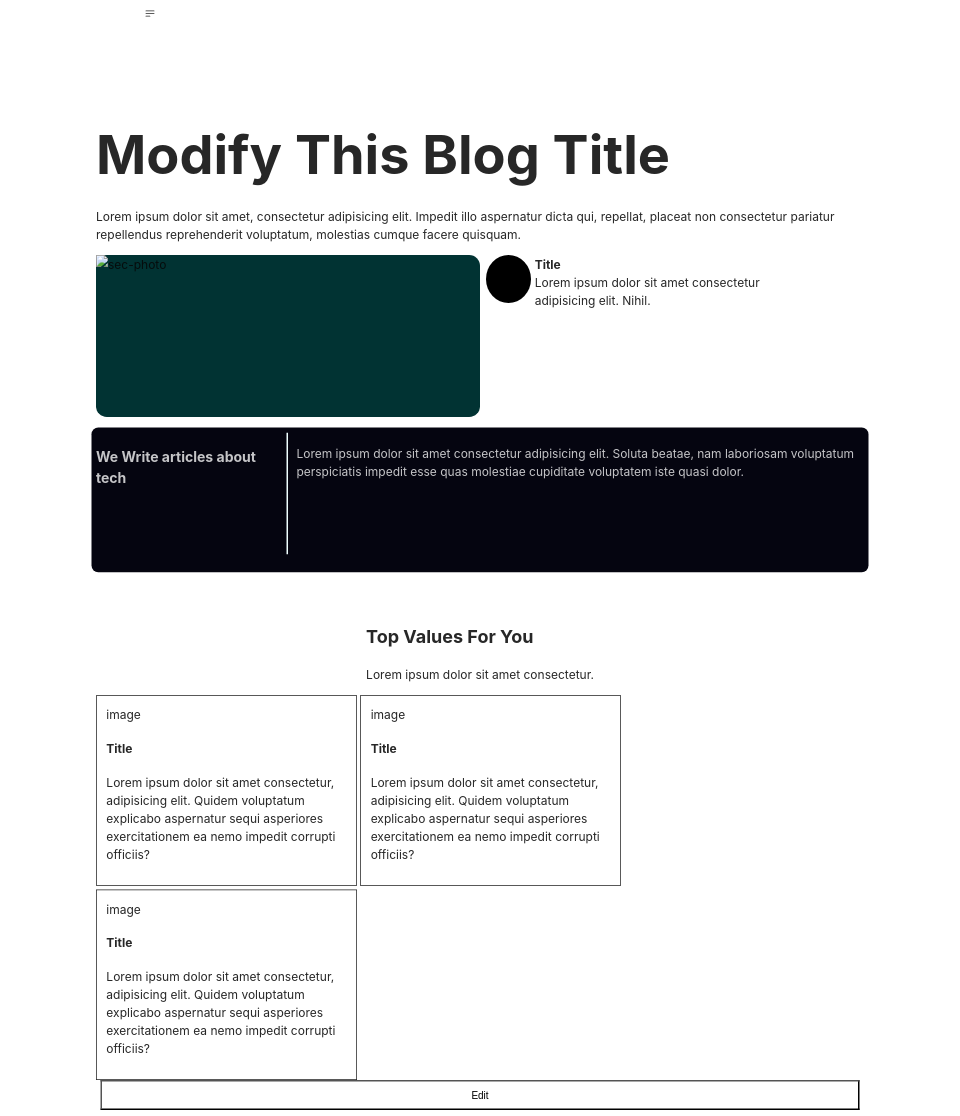
Repository: ValGrace/-static-site
Page: /home (app in client/)
These files come from the project's save history. The page is drawn as it stood at one moment and after the next save; the edit follows.
The browser window is 1280 px wide. The pictures show the whole page, at 75% of full size.
The project was rebuilt for these pictures with package versions that can differ from the ones it lists, and the page was loaded fresh each time. Also part of the build but not shown: client/vite.config.js, client/src/Utils/appwrite.js, client/src/Components/Login.jsx, client/src/Components/Signup.jsx, client/src/Components/InfoPage.css, client/src/Pages/aboutPage.jsx, client/src/Pages/Articles.jsx.

Above is the page before, as saved 2023-02-12 16:17:42.

After the next save:
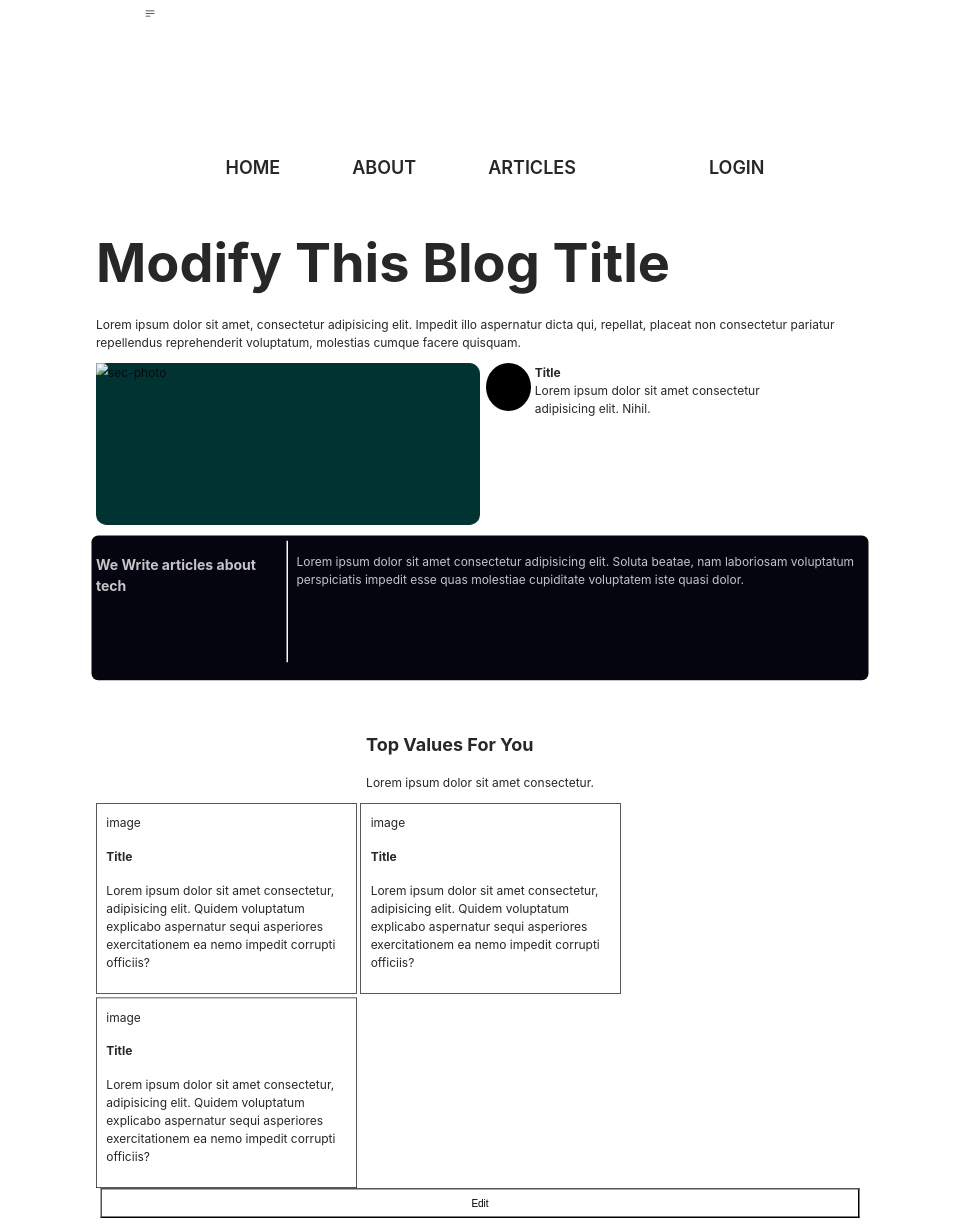
Saved 76 s later.
--- a/client/src/Components/Navbar.jsx
+++ b/client/src/Components/Navbar.jsx
@@ -25,6 +25,22 @@ const Navbar = () => {
         </div>
 
 </nav>
+<nav>
+
+
+            <ul>
+                <li>home</li>
+                <li>about</li>
+                <li>articles</li>
+            </ul>
+            <ul>
+                <li>Login</li>
+            </ul>
+
+
+
+
+</nav>
         </>
     )
 }

After the 2 saves that followed:
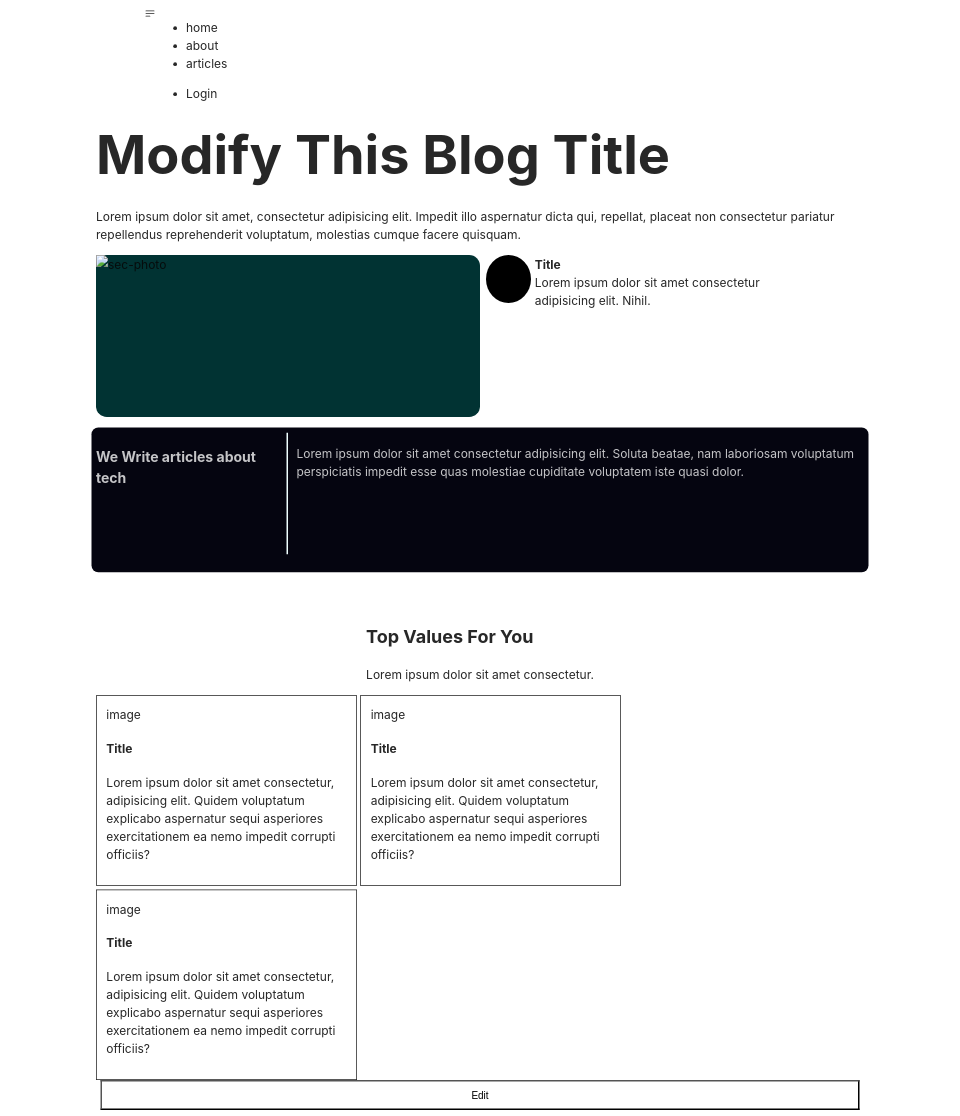
The 2 saves are shown as one change because 1 left the picture as it was.
The last was saved 3 min 17 s later.
--- a/client/src/Components/Navbar.jsx
+++ b/client/src/Components/Navbar.jsx
@@ -8,7 +8,7 @@ const Navbar = () => {
            <>
 
         <nav>
-        <div id="bar" onClick={()=>setClick
+        <div id="bar" onClick={()=>setClickbar
         (!clickbar)}>{clickbar ? <>
            <FaTimes />
 
@@ -24,11 +24,8 @@ const Navbar = () => {
         </>: <HiBars3BottomLeft/>}
         </div>
 
-</nav>
-<nav>
-
-
-            <ul>
+        <div>
+        <ul>
                 <li>home</li>
                 <li>about</li>
                 <li>articles</li>
@@ -36,11 +33,18 @@ const Navbar = () => {
             <ul>
                 <li>Login</li>
             </ul>
+        </div>
+
+</nav>
 
 
 
 
-</nav>
+
+
+
+
+
         </>
     )
 }
